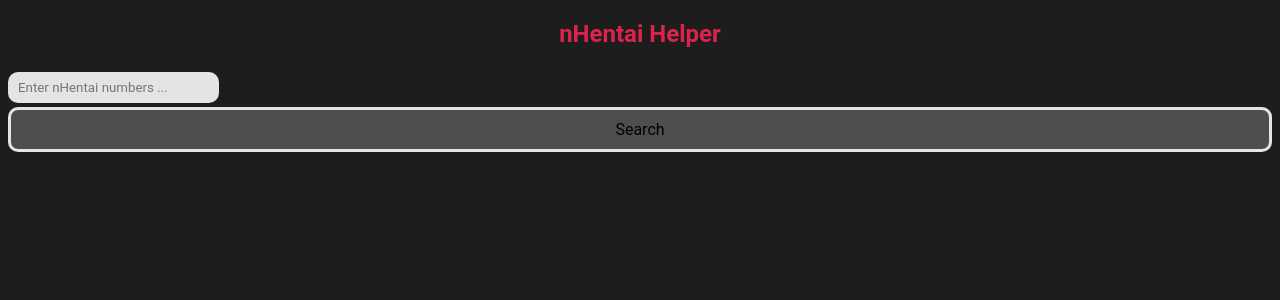
Repository: Lizadking/nHentai_Helper
Page: Mainpop.html
The author's editor kept a copy of each file at every save. The page is drawn from the files as they stood at one save, then again after the next save.
The browser window is 1280 px wide. The pictures show the whole page.

Above is the page before, as saved 2021-08-06 23:24:52.

### Mainpop.html
<!DOCTYPE html>
<!DOCTYPE html>
<html lang="en">
<head>
    <meta charset="UTF-8">
    <meta http-equiv="X-UA-Compatible" content="IE=edge">
    <meta name="viewport" content="width=device-width, initial-scale=1.0">
    <link rel="stylesheet" href="mainStylesheet.css">
    <title>nHentai Helper</title>
</head>
<body>
    <div class="container">
        <h2>
            nHentai Helper
        </h2>
        <form name = "nHentaiHelper">
            <input type = "text" id="tag" name = "ntag" placeholder="Enter nHentai numbers ...">

            <input type="submit" value="Search", id = "submission">

        </form>
    </div>
    <!--enter script here-->
    <script src = "mainsrc.js"></script>
</body>
</html>

### mainStylesheet.css
h2
{
    color:#ed2553e8;
    text-align: center;
    font-family: 'Roboto', sans-serif;

}
body
{
    background-color: #1d1d1d;
}
[type=text]
{
    padding: 8px 10px;
    border: 0;
    background-color:rgb(228, 228, 228);
    font-family: 'Roboto', sans-serif;
    color:#535353e8;
    margin:4px 0;
    border-radius:10px;
}
#placeholder
{
    font-family: 'Roboto', sans-serif;
    color:rgb(228, 228, 228);
    border-radius:10px;

}
input[type=button],input[type=submit]
{
    padding: 10px;
    width: 100%;
    border-radius:10px;
    border: 3px solid rgb(228, 228, 228);
    background-color: #535353e8;
    font-family: 'Roboto', sans-serif;
    text-align: center;
    font-size: 16px;
}

.submission
{
    text-align: center;
}

### mainsrc.js




/*
document.addEventListener('DOMContentLoaded', function () {
    var btn = document.getElementById('submit');

    btn.addEventListener('click', function()
    {
        let defaultUrl= "https://nhentai.net/g/"
        let from = document.forms.nHentaiHelper;
        let elm = from.elements.ntag;
        let strElm = String(elm.value);
        console.log(strElm);
        let finalUrl = defaultUrl+=strElm+"/";
        chrome.tabs.create({ url: finalUrl})

    });
}  );
*/

document.getElementById('submission').addEventListener('click',function()
    {
        let defaultUrl= "https://nhentai.net/g/"
        let from = document.forms.nHentaiHelper;
        let elm = from.elements.ntag;
        let strElm = String(elm.value);
        console.log(strElm);
        let finalUrl = defaultUrl+=strElm+"/";
        //may change this line below
        chrome.tabs.create({url:finalUrl});


    });

After the next save:
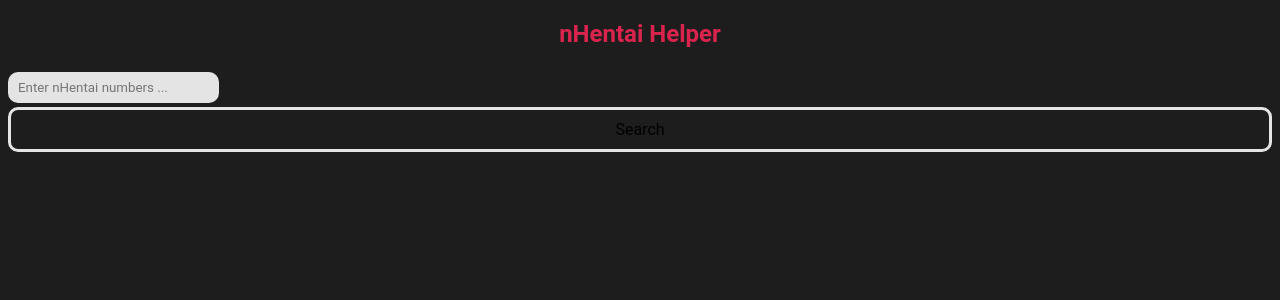
Saved 42 s later.
--- a/mainStylesheet.css
+++ b/mainStylesheet.css
@@ -32,7 +32,7 @@
     width: 100%;
     border-radius:10px;
     border: 3px solid rgb(228, 228, 228);
-    background-color: #535353e8;
+    background-color: #1d1d1d;
     font-family: 'Roboto', sans-serif;
     text-align: center;
     font-size: 16px;
